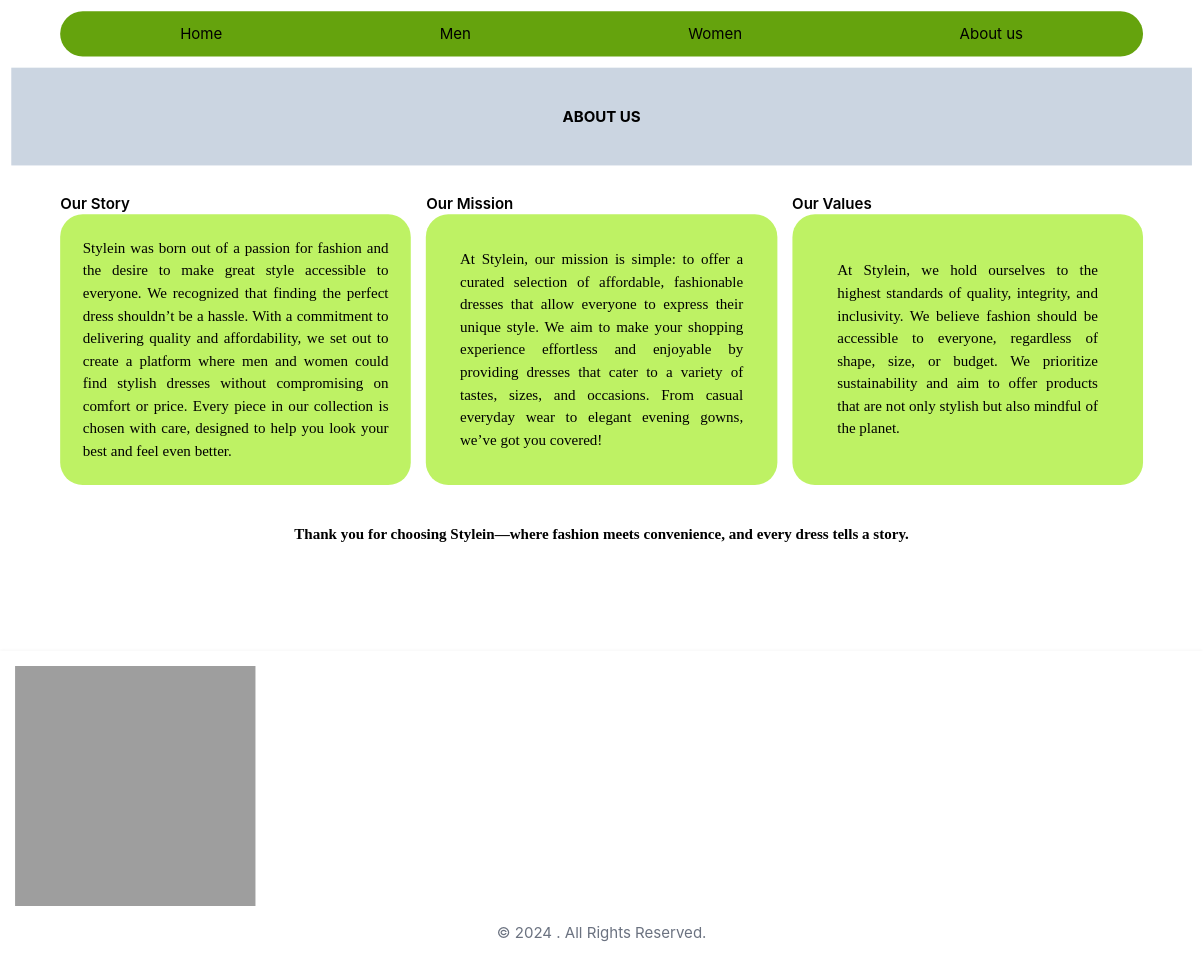
Repository: Mohankkanth/StyleIn_ShoppingSite
Page: /AboutUs
An editor plug-in stored every save of this project. The page is shown before and after a run of saves, followed by the edit.
The browser window is 1280 px wide. The pictures show the whole page, at 94% of full size.
Pictures or frames that could not be fetched are drawn as grey boxes. The project was rebuilt for these pictures with package versions that can differ from the ones it lists, and the page was loaded fresh each time. Also part of the build but not shown: vite.config.js, src/component/Home/Home.jsx, src/component/api/MenProducts.jsx, src/component/Men/Men.jsx, src/component/Women/Women.jsx, src/component/api/KidsProducts.jsx, src/component/Kids/Kids.jsx, src/component/Errorpage/Errorpage.jsx and 18 more.

Above is the page before, as saved 2024-11-23 14:05:34.

After the next 2 saves:
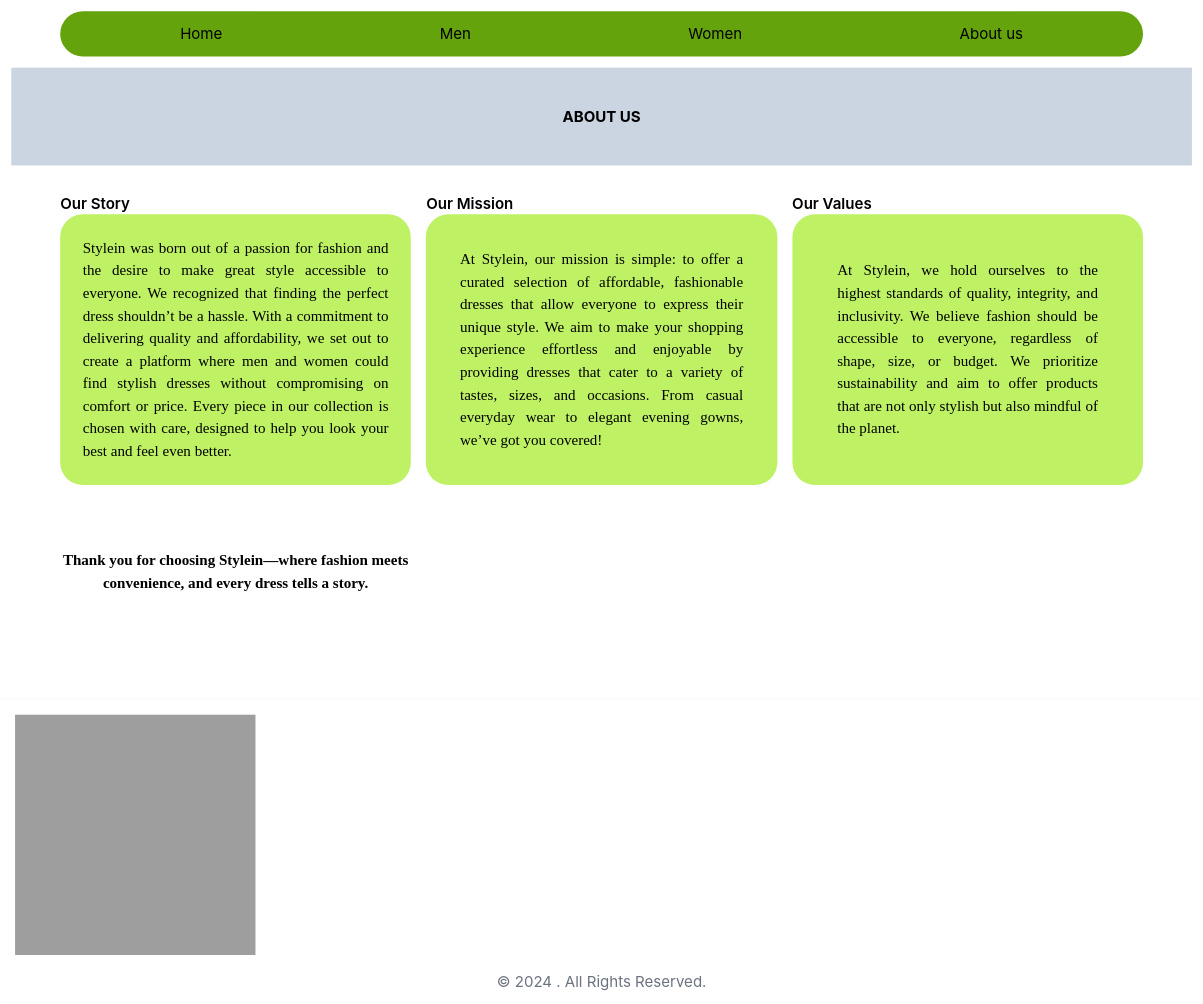
The 2 saves are shown as one change because they came seconds apart.
The last was saved 19 s later.
--- a/src/component/AboutUs/Aboutus.jsx
+++ b/src/component/AboutUs/Aboutus.jsx
@@ -25,8 +25,10 @@
                             At Stylein, we hold ourselves to the highest standards of quality, integrity, and inclusivity. We believe fashion should be accessible to everyone, regardless of shape, size, or budget. We prioritize sustainability and aim to offer products that are not only stylish but also mindful of the planet.</p>
                     </div>
                 </div>
+                <div className=" w-[90%]  mx-auto grid grid-cols-1 md:grid-cols-3 gap-4 mt-7 ">
 
                 <p className='font-bold text-center mt-10 font-[Raleway]'>Thank you for choosing Stylein—where fashion meets convenience, and every dress tells a story.</p>
+            </div>
             </div>
 
         </>
